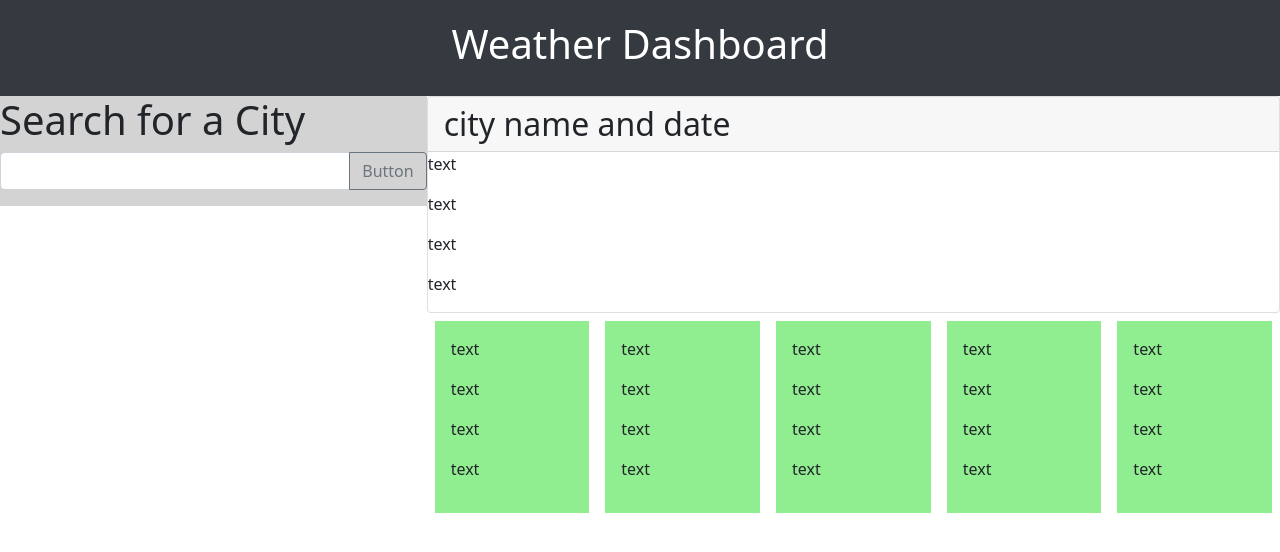
Repository: ziffoit/Weather_Dashboard
Page: index.html
The author's editor kept a copy of each file at every save. The page is drawn from the files as they stood at one save, then again after the next save.
The browser window is 1280 px wide. The pictures show the whole page.

Above is the page before, as saved 2021-03-26 10:34:10.
Console error: SyntaxError: Unexpected identifier 'name'

After the next save:
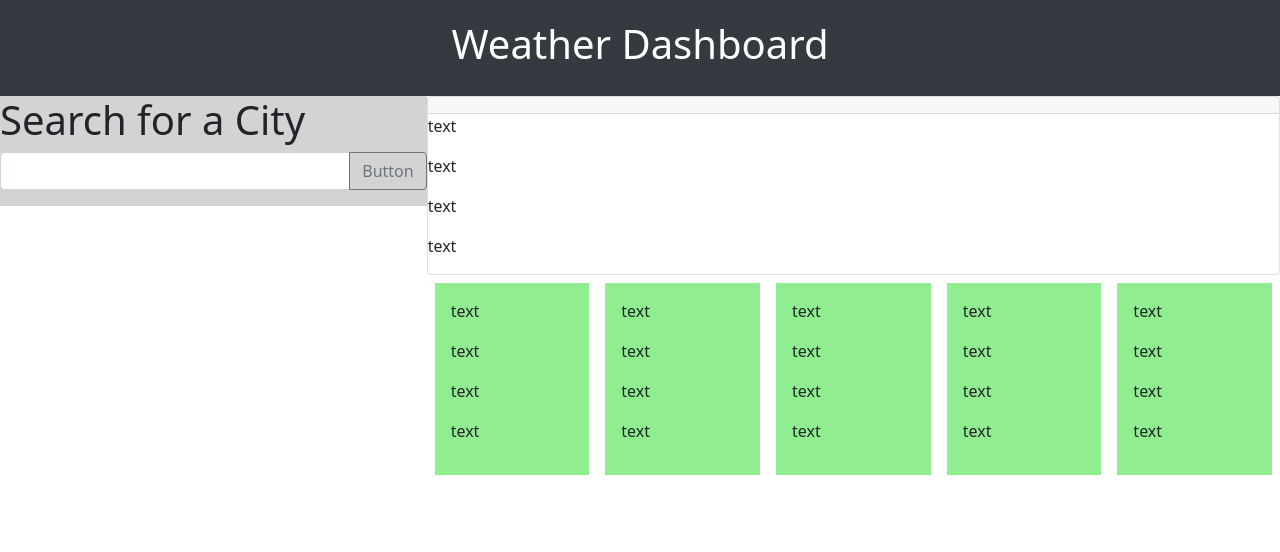
Saved 3 min 41 s later.
--- a/index.html
+++ b/index.html
@@ -32,7 +32,7 @@
     </aside>
     <section class="col-lg-8" id="main">
         <div class="card">
-          <h2 class="card-header">city name and date</h5>
+          <h2 class="card-header" id="nameDate"></h5>
           <div class="">
             <p>text</p>
             <p>text</p>
